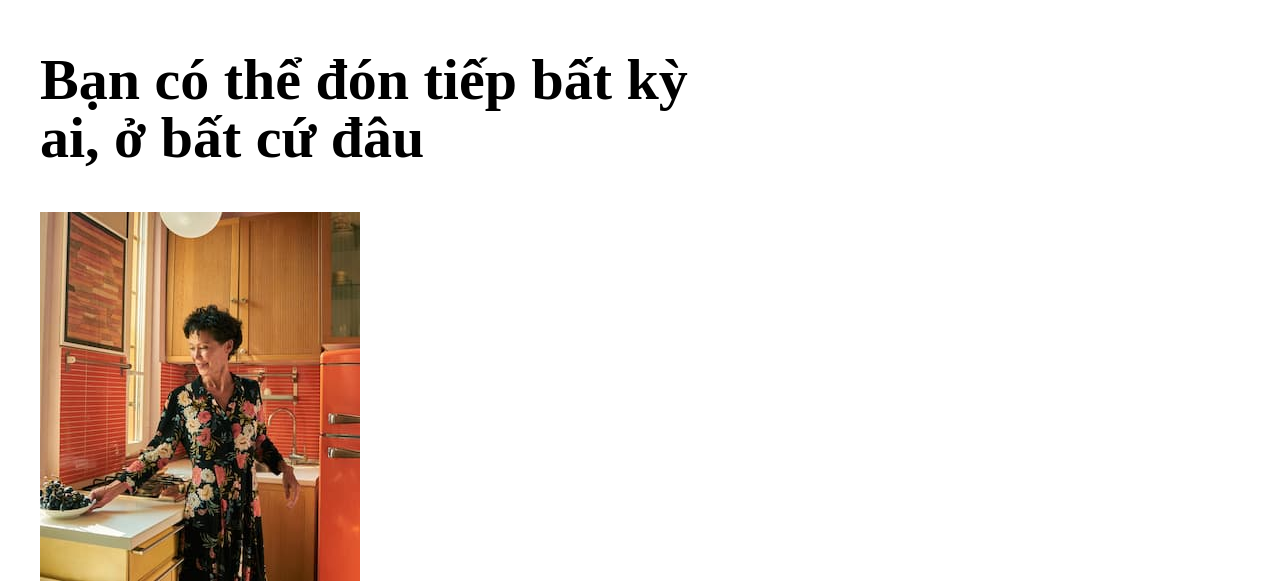
Repository: HoanTiny/AirbnbClone
Page: page3.html
The author's editor kept a copy of each file at every save. The page is drawn from the files as they stood at one save, then again after the next save.
The browser window is 1280 px wide. The pictures show the part of the page from y = 720 to 1326 px (the page is 1306 px tall before and 1326 px after).

Above is the page before, as saved 2021-09-13 09:42:16.

### page3.html
<!DOCTYPE html>
<html lang="en">
    <head>
        <meta charset="UTF-8" />
        <meta http-equiv="X-UA-Compatible" content="IE=edge" />
        <meta name="viewport" content="width=device-width, initial-scale=1.0" />
        <link rel="stylesheet" href="./acess/css/mainpage3.css" />
        <link rel="stylesheet" href="./acess/css/gird.css" />
        <link rel="stylesheet" href="./acess/css/base.css" />
        <link rel="stylesheet" href="./acess/css/reponsive.css" />
        <link
            rel="stylesheet"
            href="./acess/font/fontawesome-free-5.15.3-web/css/all.min.css"
        />
        <title>Cho thuê nhà</title>
    </head>
    <body>
        <div class="app-p3">
            <div class="banner">
                <div class="banner__left">
                    <div class="banner__left-img">
                        <svg
                            width="30"
                            height="32"
                            fill="currentcolor"
                            color="#fff"
                            style="display: block"
                        >
                            <path
                                d="M29.24 22.68c-.16-.39-.31-.8-.47-1.15l-.74-1.67-.03-.03c-2.2-4.8-4.55-9.68-7.04-14.48l-.1-.2c-.25-.47-.5-.99-.76-1.47-.32-.57-.63-1.18-1.14-1.76a5.3 5.3 0 00-8.2 0c-.47.58-.82 1.19-1.14 1.76-.25.52-.5 1.03-.76 1.5l-.1.2c-2.45 4.8-4.84 9.68-7.04 14.48l-.06.06c-.22.52-.48 1.06-.73 1.64-.16.35-.32.73-.48 1.15a6.8 6.8 0 007.2 9.23 8.38 8.38 0 003.18-1.1c1.3-.73 2.55-1.79 3.95-3.32 1.4 1.53 2.68 2.59 3.95 3.33A8.38 8.38 0 0022.75 32a6.79 6.79 0 006.75-5.83 5.94 5.94 0 00-.26-3.5zm-14.36 1.66c-1.72-2.2-2.84-4.22-3.22-5.95a5.2 5.2 0 01-.1-1.96c.07-.51.26-.96.52-1.34.6-.87 1.65-1.41 2.8-1.41a3.3 3.3 0 012.8 1.4c.26.4.45.84.51 1.35.1.58.06 1.25-.1 1.96-.38 1.7-1.5 3.74-3.21 5.95zm12.74 1.48a4.76 4.76 0 01-2.9 3.75c-.76.32-1.6.41-2.42.32-.8-.1-1.6-.36-2.42-.84a15.64 15.64 0 01-3.63-3.1c2.1-2.6 3.37-4.97 3.85-7.08.23-1 .26-1.9.16-2.73a5.53 5.53 0 00-.86-2.2 5.36 5.36 0 00-4.49-2.28c-1.85 0-3.5.86-4.5 2.27a5.18 5.18 0 00-.85 2.21c-.13.84-.1 1.77.16 2.73.48 2.11 1.78 4.51 3.85 7.1a14.33 14.33 0 01-3.63 3.12c-.83.48-1.62.73-2.42.83a4.76 4.76 0 01-5.32-4.07c-.1-.8-.03-1.6.29-2.5.1-.32.25-.64.41-1.02.22-.52.48-1.06.73-1.6l.04-.07c2.16-4.77 4.52-9.64 6.97-14.41l.1-.2c.25-.48.5-.99.76-1.47.26-.51.54-1 .9-1.4a3.32 3.32 0 015.09 0c.35.4.64.89.9 1.4.25.48.5 1 .76 1.47l.1.2c2.44 4.77 4.8 9.64 7 14.41l.03.03c.26.52.48 1.1.73 1.6.16.39.32.7.42 1.03.19.9.29 1.7.19 2.5z"
                            ></path>
                        </svg>
                    </div>
                    <div class="banner__left-conttent">
                        <h1 class="banner__left-heading">
                            Đón tiếp khách làm nên linh hồn của Airbnb
                        </h1>
                        <button class="banner__left-btn">
                            Thử đón tiếp khách
                        </button>
                    </div>
                    <i class="fas fa-chevron-down banner__left-icon"></i>
                </div>
                <div class="banner-right">
                    <video
                        id="video"
                        src="./acess/img/Cho thuê nhà trên Airbnb.webm"
                        class="banner__right-video"
                        autoplay
                        crossorigin="anonymous"
                        playsinline
                        preload="auto"
                        aria-label="Chelsea, Chủ nhà ở Philadelphia, mỉm cười khi mở cửa. Soraya, Chủ nhà ở Mumbai, mỉm cười khi mở cửa trước cùng một người khác ở bên cạnh. Mohamed, Chủ nhà ở Johannesburg, mỉm cười khi mở cửa. Maria, Chủ nhà ở Mexico City, gật đầu mỉm cười khi mang cây đi."
                    ></video>
                </div>
            </div>
            <div class="content">
                <div class="content__heading">
                    <div class="grid wide">
                        <h2 class="content__heading-top">
                            Bạn có thể đón tiếp bất kỳ ai, ở bất cứ đâu
                        </h2>
                    </div>
                    <div class="grid wide">
                        <div class="row content__home">
                            <div class="col l-4">
                                <img src="./acess/img/home-p3.jpg" class="img content__home-img"></img>
                            </div>
                        </div>
                    </div>
                </div>
            </div>
        </div>
        <script>
            var videoPlayer = document.getElementById("video");
            // Auto play, half volume.
            videoPlayer.play();
            videoPlayer.volume = 0.5;

            // Play / pause.
            videoPlayer.addEventListener("click", function () {
                if (videoPlayer.paused == false) {
                    videoPlayer.pause();
                    videoPlayer.firstChild.nodeValue = "Play";
                } else {
                    videoPlayer.play();
                    videoPlayer.firstChild.nodeValue = "Pause";
                }
            });
        </script>
    </body>
</html>

### acess/css/mainpage3.css
body {
    margin: 0;
}

.banner {
    height: 100vh;
    display: flex;
    justify-content: center;
}
.banner__left {
    width: 50%;
    background-color: #000;
    position: relative;
}
.banner__left-img {
    padding: 24px;
}
.banner__left-conttent {
    display: flex;
    flex-direction: column;
    align-items: center;
    justify-content: center;
    position: absolute;
    top: 50%;
    left: 50%;
    transform: translate(-50%, -50%);
    width: fit-content;
}
.banner__left-heading {
    color: #fff;
    text-align: center;
    font-size: 6.8rem;
    line-height: 7rem;
    padding: 12px 24px;
    font-weight: 500;
}
.banner__left-btn {
    padding: 18px 32px;
    font-size: 1.8rem;
    border-radius: 12px;
    background-image: linear-gradient(
        to right,
        rgb(229, 29, 80),
        rgb(220, 14, 100)
    );
    color: var(--white-color);
    border: none;
    cursor: pointer;
}

.banner__left-icon {
    color: var(--white-color);
    position: absolute;
    bottom: 32px;
    font-size: 1.5rem;
    left: 50%;
    padding: 12px;
    margin-left: -12px;
    border-radius: 50%;
    cursor: pointer;
}

.banner__left-icon:hover {
    background-color: #999;
}

.banner-right {
    width: 50%;
}

.banner__right-video {
    object-fit: cover;
    object-position: center top;
    width: 100%;
    height: 100%;
}

.content__heading-top {
    margin-top: 48px;
    font-size: 5.8rem;
    line-height: 5.8rem;
    text-align: left;
    width: 60%;
}

### acess/css/gird.css
.grid {
    width: 100%;
    display: block;
    padding: 0;
}

.grid.wide {
    max-width: 1200px;
    margin: 0 auto;
}

.row {
    display: flex;
    flex-wrap: wrap;
    margin-left: -8px;
    margin-right: -8px;
}

.row.no-gutters {
    margin-left: 0;
    margin-right: 0;
}

.col {
    padding-left: 12px;
    padding-right: 12px;
}

.row.no-gutters .col {
    padding-left: 0;
    padding-right: 0;
}

.c-0 {
    display: none;
}

.c-1 {
    flex: 0 0 8.33333%;
    max-width: 8.33333%;
}

.c-2 {
    flex: 0 0 16.66667%;
    max-width: 16.66667%;
}

.c-3 {
    flex: 0 0 25%;
    max-width: 25%;
}

.c-4 {
    flex: 0 0 33.33333%;
    max-width: 33.33333%;
}

.c-5 {
    flex: 0 0 41.66667%;
    max-width: 41.66667%;
}

.c-6 {
    flex: 0 0 50%;
    max-width: 50%;
}

.c-7 {
    flex: 0 0 58.33333%;
    max-width: 58.33333%;
}

.c-8 {
    flex: 0 0 66.66667%;
    max-width: 66.66667%;
}

.c-9 {
    flex: 0 0 75%;
    max-width: 75%;
}

.c-10 {
    flex: 0 0 83.33333%;
    max-width: 83.33333%;
}

.c-11 {
    flex: 0 0 91.66667%;
    max-width: 91.66667%;
}

.c-12 {
    flex: 0 0 100%;
    max-width: 100%;
}

.c-o-1 {
    margin-left: 8.33333%;
}

.c-o-2 {
    margin-left: 16.66667%;
}

.c-o-3 {
    margin-left: 25%;
}

.c-o-4 {
    margin-left: 33.33333%;
}

.c-o-5 {
    margin-left: 41.66667%;
}

.c-o-6 {
    margin-left: 50%;
}

.c-o-7 {
    margin-left: 58.33333%;
}

.c-o-8 {
    margin-left: 66.66667%;
}

.c-o-9 {
    margin-left: 75%;
}

.c-o-10 {
    margin-left: 83.33333%;
}

.c-o-11 {
    margin-left: 91.66667%;
}

/* >= Tablet */
@media (min-width: 740px) {
    .row {
        margin-left: -4px;
        margin-right: -4px;
    }

    .col {
        padding-left: 4px;
        padding-right: 4px;
    }

    .m-0 {
        display: none;
    }

    .m-1,
    .m-2,
    .m-3,
    .m-4,
    .m-5,
    .m-6,
    .m-7,
    .m-8,
    .m-9,
    .m-10,
    .m-11,
    .m-12 {
        display: block;
    }

    .m-1 {
        flex: 0 0 8.33333%;
        max-width: 8.33333%;
    }

    .m-2 {
        flex: 0 0 16.66667%;
        max-width: 16.66667%;
    }

    .m-3 {
        flex: 0 0 25%;
        max-width: 25%;
    }

    .m-4 {
        flex: 0 0 33.33333%;
        max-width: 33.33333%;
    }

    .m-5 {
        flex: 0 0 41.66667%;
        max-width: 41.66667%;
    }

    .m-6 {
        flex: 0 0 50%;
        max-width: 50%;
    }

    .m-7 {
        flex: 0 0 58.33333%;
        max-width: 58.33333%;
    }

    .m-8 {
        flex: 0 0 66.66667%;
        max-width: 66.66667%;
    }

    .m-9 {
        flex: 0 0 75%;
        max-width: 75%;
    }

    .m-10 {
        flex: 0 0 83.33333%;
        max-width: 83.33333%;
    }

    .m-11 {
        flex: 0 0 91.66667%;
        max-width: 91.66667%;
    }

    .m-12 {
        flex: 0 0 100%;
        max-width: 100%;
    }

    .m-o-1 {
        margin-left: 8.33333%;
    }

    .m-o-2 {
        margin-left: 16.66667%;
    }

    .m-o-3 {
        margin-left: 25%;
    }

    .m-o-4 {
        margin-left: 33.33333%;
    }

    .m-o-5 {
        margin-left: 41.66667%;
    }

    .m-o-6 {
        margin-left: 50%;
    }

    .m-o-7 {
        margin-left: 58.33333%;
    }

    .m-o-8 {
        margin-left: 66.66667%;
    }

    .m-o-9 {
        margin-left: 75%;
    }

    .m-o-10 {
        margin-left: 83.33333%;
    }

    .m-o-11 {
        margin-left: 91.66667%;
    }
}

/* PC medium resolution > */
@media (min-width: 1113px) {
    .row {
        margin-left: -12px;
        margin-right: -12px;
    }

    .row.sm-gutter {
        margin-left: -5px;
        margin-right: -5px;
    }

    .col {
        padding-left: 12px;
        padding-right: 12px;
    }

    .row.sm-gutter .col {
        padding-left: 5px;
        padding-right: 5px;
    }

    .l-0 {
        display: none;
    }

    .l-1,
    .l-2,
    .l-2-4,
    .l-3,
    .l-4,
    .l-5,
    .l-6,
    .l-7,
    .l-8,
    .l-9,
    .l-10,
    .l-11,
    .l-12 {
        display: block;
    }

    .l-1 {
        flex: 0 0 8.33333%;
        max-width: 8.33333%;
    }

    .l-2 {
        flex: 0 0 16.66667%;
        max-width: 16.66667%;
    }

    .l-2-4 {
        flex: 0 0 20%;
        max-width: 20%;
    }

    .l-3 {
        flex: 0 0 25%;
        max-width: 25%;
    }

    .l-4 {
        flex: 0 0 33.33333%;
        max-width: 33.33333%;
    }

    .l-5 {
        flex: 0 0 41.66667%;
        max-width: 41.66667%;
    }

    .l-6 {
        flex: 0 0 50%;
        max-width: 50%;
    }

    .l-7 {
        flex: 0 0 58.33333%;
        max-width: 58.33333%;
    }

    .l-8 {
        flex: 0 0 66.66667%;
        max-width: 66.66667%;
    }

    .l-9 {
        flex: 0 0 75%;
        max-width: 75%;
    }

    .l-10 {
        flex: 0 0 83.33333%;
        max-width: 83.33333%;
    }

    .l-11 {
        flex: 0 0 91.66667%;
        max-width: 91.66667%;
    }

    .l-12 {
        flex: 0 0 100%;
        max-width: 100%;
    }

    .l-o-1 {
        margin-left: 8.33333%;
    }

    .l-o-2 {
        margin-left: 16.66667%;
    }

    .l-o-3 {
        margin-left: 25%;
    }

    .l-o-4 {
        margin-left: 33.33333%;
    }

    .l-o-5 {
        margin-left: 41.66667%;
    }

    .l-o-6 {
        margin-left: 50%;
    }

    .l-o-7 {
        margin-left: 58.33333%;
    }

    .l-o-8 {
        margin-left: 66.66667%;
    }

    .l-o-9 {
        margin-left: 75%;
    }

    .l-o-10 {
        margin-left: 83.33333%;
    }

    .l-o-11 {
        margin-left: 91.66667%;
    }
}

/* Tablet - PC low resolution */
@media (min-width: 740px) and (max-width: 1023px) {
    .wide {
        width: 644px;
    }
}

/* > PC low resolution */
@media (min-width: 1024px) and (max-width: 1239px) {
    .wide {
        width: 984px;
    }

    .wide .row {
        margin-left: -12px;
        margin-right: -12px;
    }

    .wide .row.sm-gutter {
        margin-left: -5px;
        margin-right: -5px;
    }

    .wide .col {
        padding-left: 12px;
        padding-right: 12px;
    }

    .wide .row.sm-gutter .col {
        padding-left: 5px;
        padding-right: 5px;
    }

    .wide .l-0 {
        display: none;
    }

    .wide .l-1,
    .wide .l-2,
    .wide .l-2-4,
    .wide .l-3,
    .wide .l-4,
    .wide .l-5,
    .wide .l-6,
    .wide .l-7,
    .wide .l-8,
    .wide .l-9,
    .wide .l-10,
    .wide .l-11,
    .wide .l-12 {
        display: block;
    }

    .wide .l-1 {
        flex: 0 0 8.33333%;
        max-width: 8.33333%;
    }

    .wide .l-2 {
        flex: 0 0 16.66667%;
        max-width: 16.66667%;
    }

    .wide .l-2-4 {
        flex: 0 0 20%;
        max-width: 20%;
    }

    .wide .l-3 {
        flex: 0 0 25%;
        max-width: 25%;
    }

    .wide .l-4 {
        flex: 0 0 33.33333%;
        max-width: 33.33333%;
    }

    .wide .l-5 {
        flex: 0 0 41.66667%;
        max-width: 41.66667%;
    }

    .wide .l-6 {
        flex: 0 0 50%;
        max-width: 50%;
    }

    .wide .l-7 {
        flex: 0 0 58.33333%;
        max-width: 58.33333%;
    }

    .wide .l-8 {
        flex: 0 0 66.66667%;
        max-width: 66.66667%;
    }

    .wide .l-9 {
        flex: 0 0 75%;
        max-width: 75%;
    }

    .wide .l-10 {
        flex: 0 0 83.33333%;
        max-width: 83.33333%;
    }

    .wide .l-11 {
        flex: 0 0 91.66667%;
        max-width: 91.66667%;
    }

    .wide .l-12 {
        flex: 0 0 100%;
        max-width: 100%;
    }

    .wide .l-o-1 {
        margin-left: 8.33333%;
    }

    .wide .l-o-2 {
        margin-left: 16.66667%;
    }

    .wide .l-o-3 {
        margin-left: 25%;
    }

    .wide .l-o-4 {
        margin-left: 33.33333%;
    }

    .wide .l-o-5 {
        margin-left: 41.66667%;
    }

    .wide .l-o-6 {
        margin-left: 50%;
    }

    .wide .l-o-7 {
        margin-left: 58.33333%;
    }

    .wide .l-o-8 {
        margin-left: 66.66667%;
    }

    .wide .l-o-9 {
        margin-left: 75%;
    }

    .wide .l-o-10 {
        margin-left: 83.33333%;
    }

    .wide .l-o-11 {
        margin-left: 91.66667%;
    }
}

### acess/css/base.css
:root {
    --white-color:#fff;
    --black-color: #000;
    --text-color: #333;
}

* {
    box-sizing: inherit;
}

html {
    /* font-family: Circular, -apple-system, BlinkMacSystemFont, Roboto, "Helvetica Neue", sans-serif; */
    font-family: 'Font Awesome 5 Free';
    box-sizing: border-box;
    font-size: 62.5%;
    line-height: 1.8rem;
}

### acess/css/reponsive.css
@media (min-width: 723px) and (max-width: 1023px) {
    .hold-on-mobile-tablet {
        display: none;
    }
    .background {
        background-position: unset;
    }

    .header__nav-list-tablet {
        display: flex;
    }

    .search {
        margin: 0;
    }

    .search__item:first-of-type {
        padding-left: 32px;
    }

    .search__item {
        margin: 0;
        padding: 12px;
    }

    .home__product-tablet {
        height: 140px;
        overflow: hidden;
        display: -webkit-box;
        -webkit-line-clamp: 2;
    }

    .home__category-tablet {
        display: flex;
        max-width: 100%;
        overflow-x: auto;
        flex-wrap: nowrap;
    }

    .home__category-tablet::-webkit-scrollbar {
        display: none;
    }

    .home__category-item-tablet {
        width: 33.3333%;
        flex-shrink: 0;
    }

    .footer-end {
        flex-direction: column-reverse;
    }

    .footer__end-social-list{
        display: flex;
        justify-content: center;
    }

    .footer__end-copyright-list{
        flex-wrap: wrap;
        justify-content: center;
    }

    .footer__end-copyright__item:first-of-type {
        width: 100%;
        text-align: center;
        margin-bottom: 4px;
    }

    .header__nav-scrollba-btn {
        margin-left: auto;
    }

}

@media (max-width: 723px)
{
    .hold-on-mobile {
        display: none;
    }

    .search {
        display: none;
    }
    .header__nav {
        display: none;
    }

    .header__mobile{
        display: flex;
    }

    .footer {
        text-align: center;
    }

    .home__category-tablet {
        display: flex;
        max-width: 100%;
        overflow-x: auto;
        flex-wrap: nowrap;
    }

    .home__category-tablet::-webkit-scrollbar {
        display: none;
    }

    .home__category-item-tablet {
        width: 33.3333%;
        flex-shrink: 0;
    }

    #header__nav-scrollbar {
        display: none;
    }

    .header__mobile {
        position: fixed;
        top: 0px;
        left: 0;
        right: 0;
        z-index: 12;
        align-items: center;
    }

    .header__mobile-btn {
        border: none;
        background-color: rgb(247, 247, 247);
        box-shadow: none;
        top: 20;
    }

    .web__content-heading {
        font-size: 2.2rem;
        line-height: 2.6rem;
    }

    .home__category-next {
        display: none;
    }

    .home__category-return--active {
        display: none;
    }

    .home__experience-mobile {
        display: flex;
        max-width: 100%;
        overflow-x: auto;
        flex-wrap: nowrap;
    }

    .home__experience-mobile::-webkit-scrollbar {
        display: none;
    }

    .home__experience-mobile-item {
        width: 75%;
        flex-shrink: 0;
    }

    path {
        display: none;
    }
    .search-where {
        display: block;
        position: revert;
    }

    .search-where-icon {
        display: none;
    }

    /* Page 2 */

    .home-place__item-img {
        height: 345px;
    }

    .menu-list__item {
        border: none;
    }

    .header-page2 {
        border-bottom: none;
    }

    .header__mobile-page2 {
        display: block;
    }

    .home-place {
        margin-top: 115px;
    }

}

Loaded but not shown: acess/font/fontawesome-free-5.15.3-web/css/all.min.css (library)

After the next save:
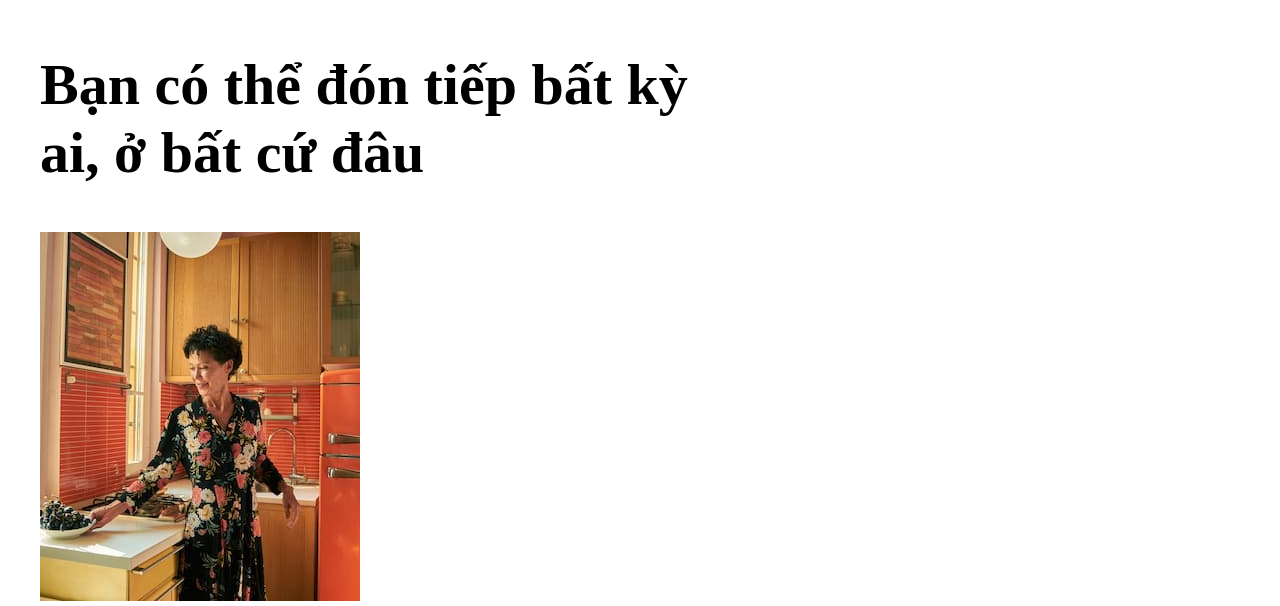
Saved 7 s later.
--- a/acess/css/mainpage3.css
+++ b/acess/css/mainpage3.css
@@ -78,7 +78,7 @@ body {
 .content__heading-top {
     margin-top: 48px;
     font-size: 5.8rem;
-    line-height: 5.8rem;
+    line-height: 6.8rem;
     text-align: left;
     width: 60%;
 }
